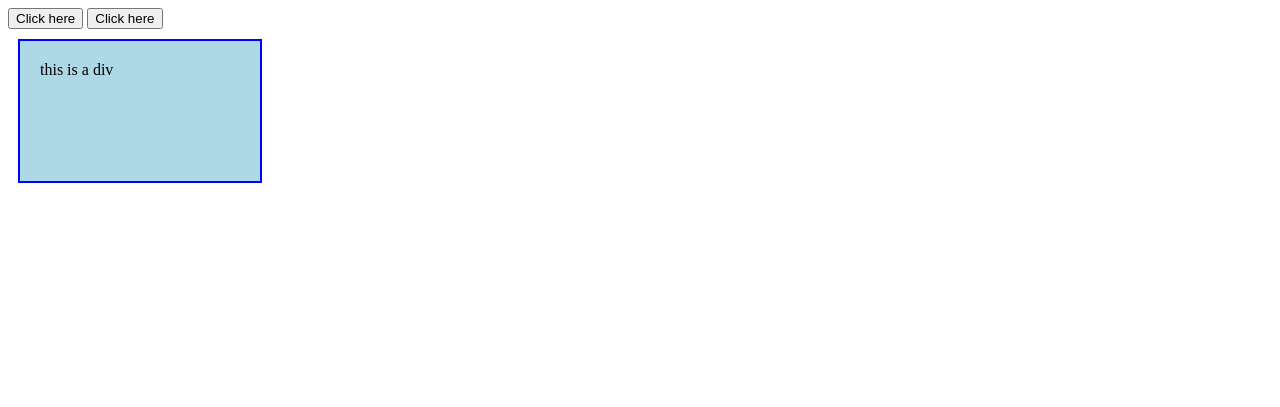
Repository: phulkeshwarmahto/CompleteJS
Page: indi.html
These files come from the project's save history. The page is drawn as it stood at one moment and after a run of saves; the edit follows.
The browser window is 1280 px wide. The pictures show the whole page.

Above is the page before, as saved 2025-07-03 12:36:27.

### indi.html
<!DOCTYPE html>
<html lang="en">
<head>
    <meta charset="UTF-8">
    <meta name="viewport" content="width=device-width, initial-scale=1.0">
    <title>Document</title>
    <link rel="stylesheet" href="events.css">
</head>
<body>
    <!-- <button id="button1" onclick="console.log('you clicked this button');alert('hello!')">Click here</button>
    <button ondblclick="console.log('you clicked this button two times');alert(' 2 times hello!')">Click here</button>
    <div id="div1" onmouseover="console.log('you move into the div')">this is a div</div> -->

    <button id="button1" >Click here</button>
    <button >Click here</button>
    <div id="div1" >this is a div</div>
</body>
<script src="evnts.js"></script>

</html>

### events.css
#div1 {

    background-color: lightblue;
    padding: 20px;
    border: 2px solid blue;
    margin: 10px;
    display: block;
    width: 200px;
    height: 100px;
}

### evnts.js
let btn1 = document.querySelector("#button1");

btn1.onclick = () => {
    console.log("you clicked this button");
    alert("hello!");
    let num = 23;
    num++;
    console.log(num);
    // btn1.style.backgroundColor = "red";
}

let div = document.querySelector("#div1");
div.onmouseover = () => {
    console.log("you move into the div");
    div.style.backgroundColor = "yellow";
}

After the next 2 saves:
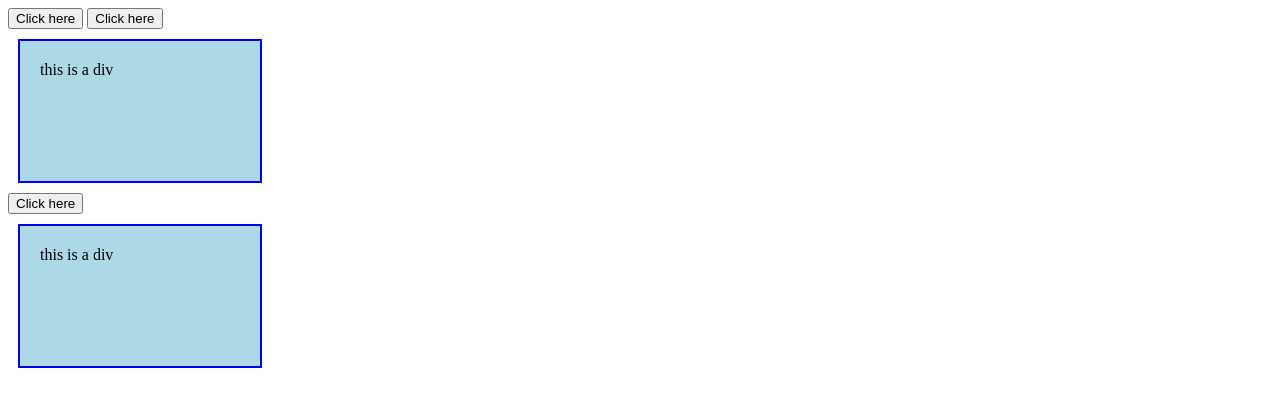
The 2 saves are shown as one change because they came seconds apart.
The last was saved 77 min 22 s later.
--- a/indi.html
+++ b/indi.html
@@ -7,11 +7,11 @@
     <link rel="stylesheet" href="events.css">
 </head>
 <body>
-    <!-- <button id="button1" onclick="console.log('you clicked this button');alert('hello!')">Click here</button>
+    <button id="button1" onclick="console.log('you clicked this button');alert('hello!')">Click here</button>
     <button ondblclick="console.log('you clicked this button two times');alert(' 2 times hello!')">Click here</button>
-    <div id="div1" onmouseover="console.log('you move into the div')">this is a div</div> -->
+    <div id="div1" onmouseover="console.log('you move into the div')">this is a div</div>
 
-    <button id="button1" >Click here</button>
+    <!-- <button id="button1" >Click here</button> -->
     <button >Click here</button>
     <div id="div1" >this is a div</div>
 </body>
